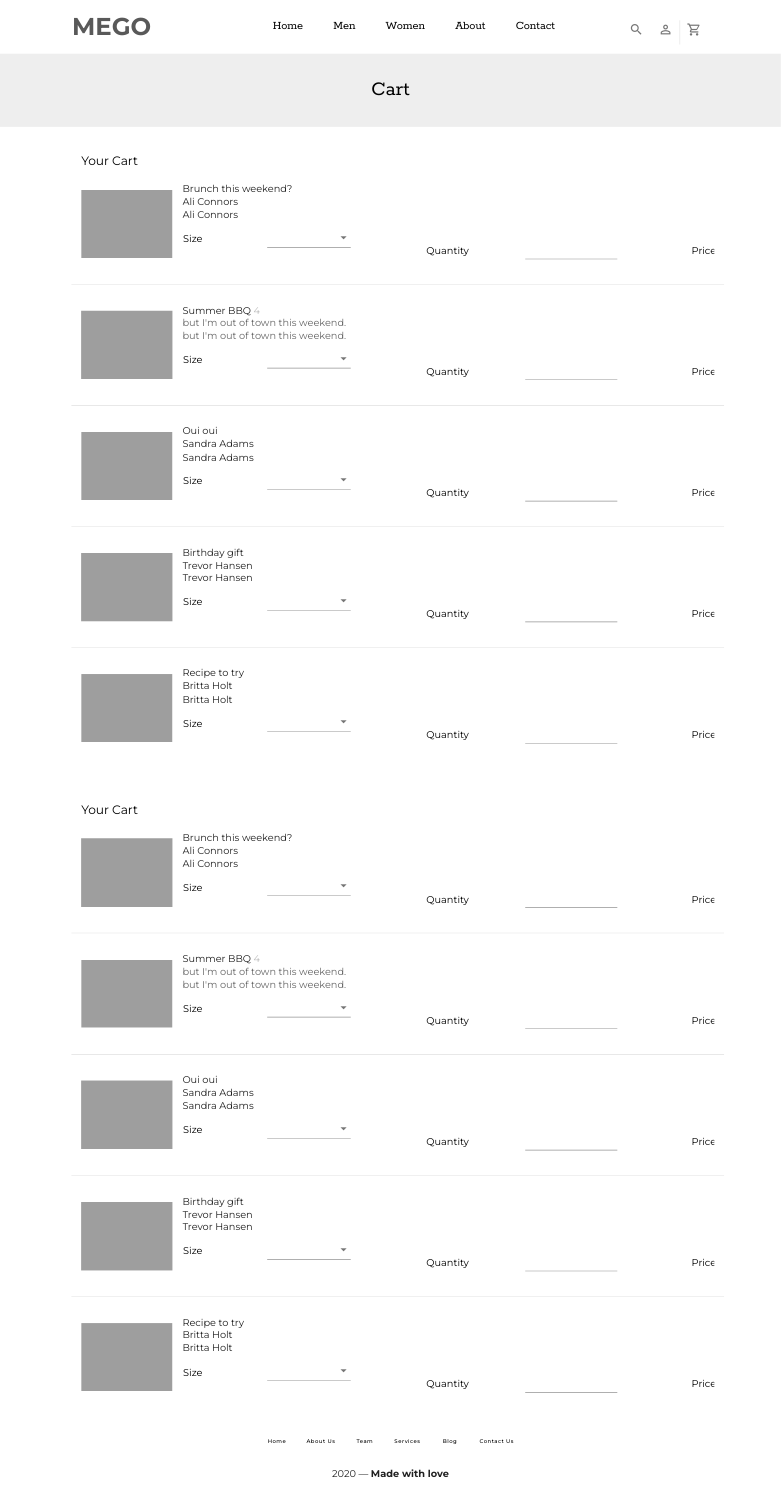
Repository: nguyenphuong152/mego-frontend
Page: /cart (app in frontend/)
The author's editor kept a copy of each file at every save. The page is drawn from the files as they stood at one save, then again after the next save.
The browser window is 1280 px wide. The pictures show the whole page, at 61% of full size.
Pictures or frames that could not be fetched are drawn as grey boxes. The project was rebuilt for these pictures with package versions that can differ from the ones it lists, and the page was loaded fresh each time. Also part of the build but not shown: frontend/vue.config.js, frontend/src/components/Customer/Collection.vue, frontend/src/components/Customer/Banner.vue, frontend/src/components/Customer/BestSeller.vue, frontend/src/components/Customer/Partner.vue, frontend/src/views/Customer/Home.vue, frontend/src/components/Customer/ProductCategory.vue, frontend/src/components/Customer/ProductView.vue and 10 more. Imported but missing from the stored project, and not drawn on this page: frontend/src/views/Admin/Category.vue, frontend/src/views/Admin/ManageProduct.vue, frontend/src/views/Admin/ManageUser.vue, frontend/src/views/Admin/OrderList.vue.

Above is the page before, as saved 2020-11-26 16:34:38.

After the next save:
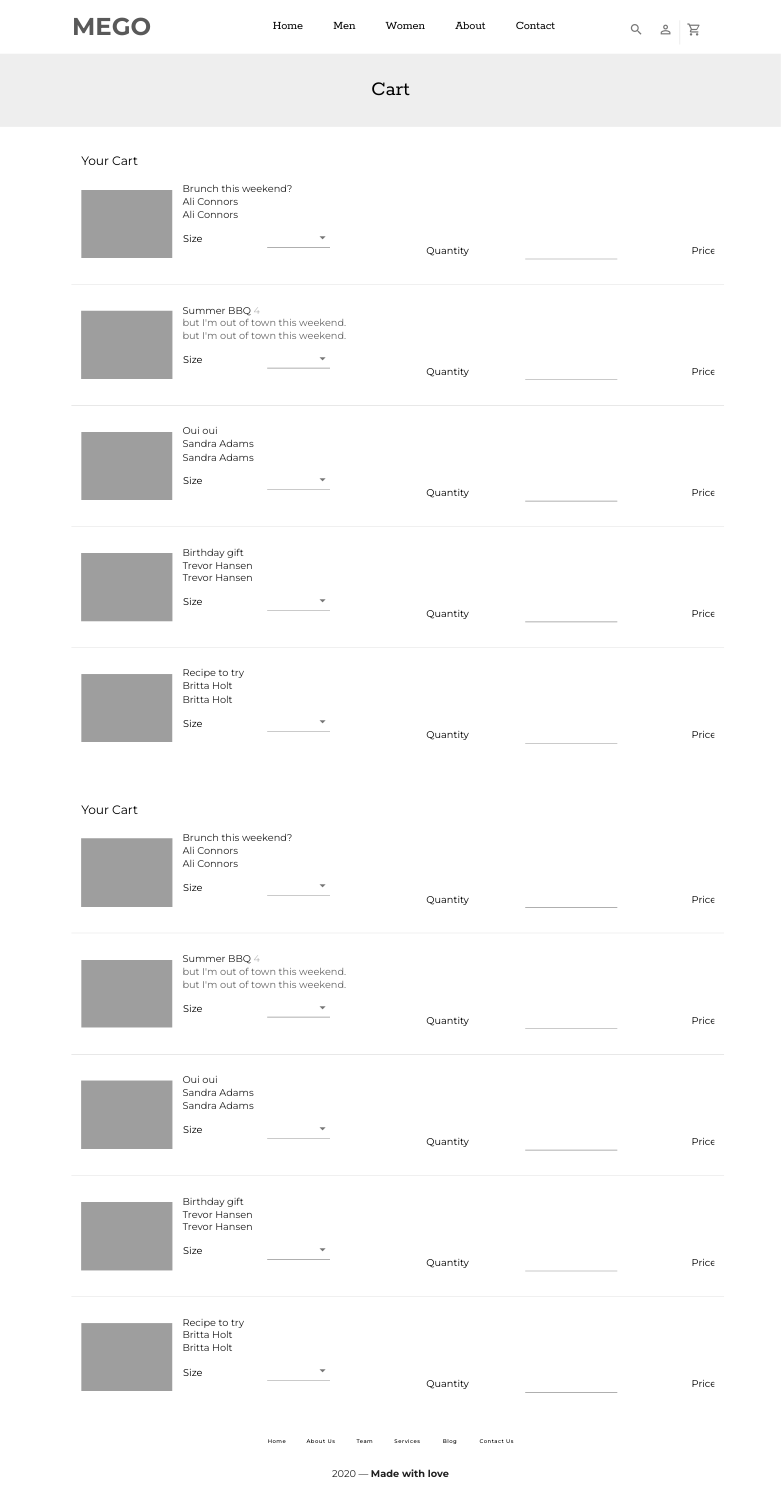
Saved 19 s later.
--- a/frontend/src/components/Customer/TotalProducts.vue
+++ b/frontend/src/components/Customer/TotalProducts.vue
@@ -30,11 +30,11 @@
               <v-col class="pa-0 admin" cols="4">
                 <a>Size</a>
               </v-col>
-              <v-col class="pa-0 admin text-start " cols="4">
+              <v-col class="pa-0 admin text-start " cols="3">
                 <v-select :items="size"></v-select>
               </v-col>
             </v-row>
-            <v-row class="pl-4 d-flex align-center" height ="40">
+            <v-row class="pl-4 d-flex align-center">
               <v-col class="pa-0 admin " cols="4">
                 <a>Quantity</a>
               </v-col>
